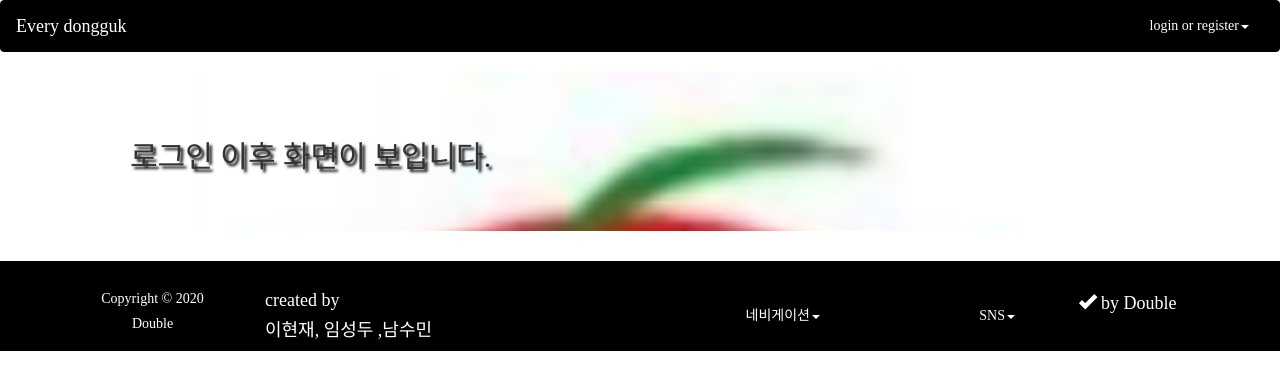
Repository: CSID-DGU/2020-1-ESCD-DOUBLE
Page: http://localhost/web/WEB-INF/views/template/index.jsp
These files come from the project's save history. The page is drawn as it stood at one moment and after the next save; the edit follows.
The browser window is 1280 px wide. The pictures show the whole page.
Some web fonts or font styles are not loaded; a fallback is used. Some web libraries are served in a nearby version. The page is served by Tomcat 9. Nobody is signed in. The template is opened directly, without the code that normally fills it, so the values that code supplies are empty.

Above is the page before, as saved 2020-05-01 16:05:27.

After the next save:
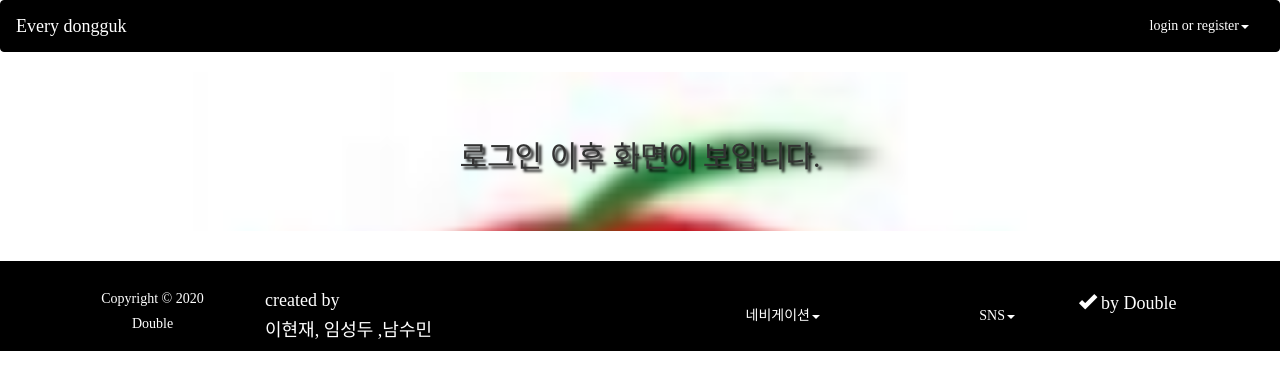
Saved 12 s later.
--- a/web/src/main/webapp/WEB-INF/views/template/index.jsp
+++ b/web/src/main/webapp/WEB-INF/views/template/index.jsp
@@ -30,7 +30,7 @@ background-size:cover;
 	<div class="jumbotron" style='background-image:url("resources/images/apple.png")'>
 
 	<c:if test="${empty Sid }">
-	<div><h2>로그인 이후 화면이 보입니다.</h2></div></c:if>
+	<center><div><h2>로그인 이후 화면이 보입니다.</h2></div><center></center></c:if>
 	<c:if test="${not empty Sid }">
 <h1 class="text-center">${bank.getBname() }</h1>
 <p class="text-center">${bank.getBrest() }</p>	<c:if test="${Siscouncil=='1' }">
